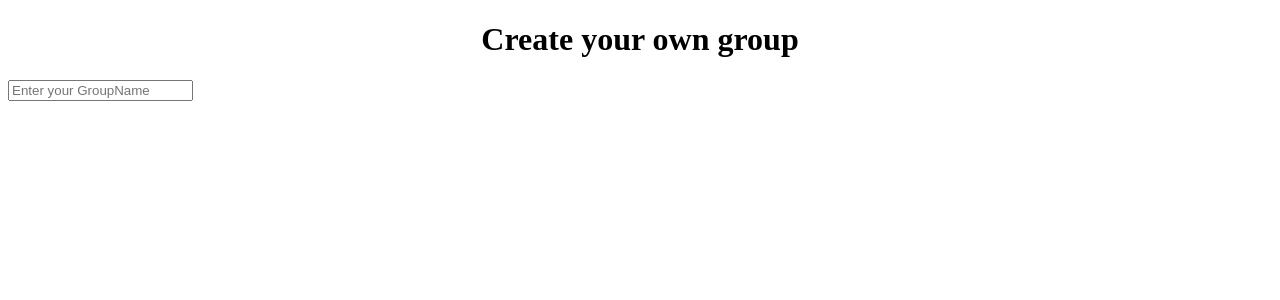
Repository: Abinayasivapraba/Finoculus
Page: LetzChat/WebContent/Group/CreateGroup.html
The author's editor kept a copy of each file at every save. The page is drawn from the files as they stood at one save, then again after the next save.
The browser window is 1280 px wide. The pictures show the whole page.

Above is the page before, as saved 2017-08-08 00:36:24.

After the next save:
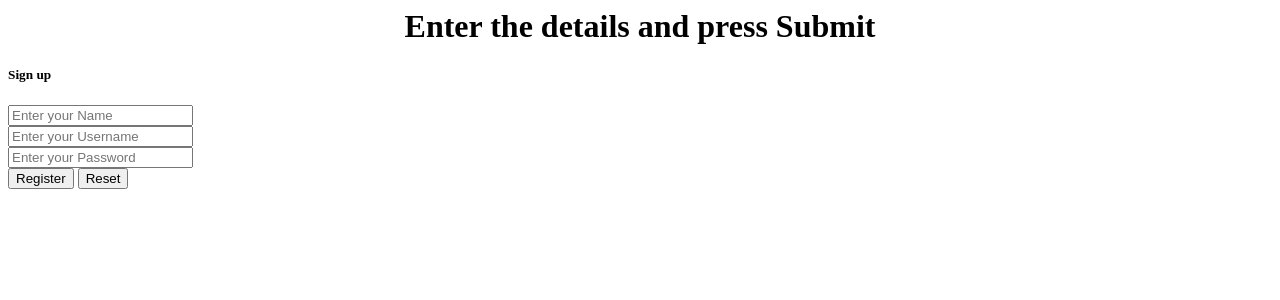
Saved 2 min 1 s later.
--- a/LetzChat/WebContent/Group/CreateGroup.html
+++ b/LetzChat/WebContent/Group/CreateGroup.html
@@ -1,38 +1,78 @@
-<!DOCTYPE html>
-<html>
-<head>
-<meta charset="ISO-8859-1">
-<title>ChatApp</title>
-</head>
-<body>
-<div ng-controller="GroupController as gtrl">
+
+<div ng-controller="UserController as ctrl">
 <div class="container">
 	<div class="row">
-<center><h1>Create your own group</h1></center>
+<center><h1>Enter the details and press Submit</h1></center>
 
    <div class="formcontainer">
 			<div class="row main">
 				<div class="main-login main-center">
+				<h5>Sign up </h5>
+					<form ng-submit="ctrl.submit()" name="myForm" class="form-horizontal">
 
-					<form ng-submit="gtrl.create()" name="myForm" class="form-horizontal" method="post">
-					  <div class="form-group">
+
+
+
+
+						<div class="form-group">
 
 							<div class="cols-sm-4">
 								<div class="input-group">
-
-									<input type="text" class="form-control" name="name" id="name" ng-model="gtrl.group.groupname"  placeholder="Enter your GroupName"/>
+									<span class="input-group-addon"><i class="fa fa-users fa" aria-hidden="true"></i></span>
+									<input type="text" class="form-control" name="name" id="name" ng-model="ctrl.user.username"  placeholder="Enter your Name"/>
 								</div>
 							</div>
-						</div>
-						</form>
-						</div>
-						</div>
-						</div>
-						</div>
-						</div>
 						</div>
 
 
 
-</body>
-</html>
+						<div class="form-group">
+
+							<div class="cols-sm-4">
+								<div class="input-group">
+									<span class="input-group-addon"><i class="fa fa-users fa" aria-hidden="true"></i></span>
+									<input type="text" class="form-control" name="id" id="id" ng-model="ctrl.user.userid"  placeholder="Enter your Username"/>
+								</div>
+							</div>
+						</div>
+
+						<div class="form-group">
+
+							<div class="cols-sm-4">
+								<div class="input-group">
+									<span class="input-group-addon"><i class="fa fa-lock fa-lg" aria-hidden="true"></i></span>
+									<input type="password" class="form-control" name="password" id="password" ng-model="ctrl.user.password"  placeholder="Enter your Password"/>
+								</div>
+							</div>
+						</div>
+
+
+
+						<!-- <div class="form-group">
+
+							<div class="cols-sm-4">
+								<div class="input-group">
+									<span class="input-group-addon"><i class="fa fa-lock fa-lg" aria-hidden="true"></i></span>
+									<input type="text" class="form-control" name="contact" id="contact" ng-model="ctrl.user.contact"  placeholder="Contact"/>
+								</div>
+							</div>
+						</div> -->
+
+
+
+
+
+						<input type="submit" class="btn btn-lg btn-success btn-success" value="Register">
+
+						<input type="reset" class="btn btn-lg btn-success btn-log" ng-click="ctrl.reset()" value="Reset">
+
+
+
+
+					</form>
+				</div>
+			</div>
+		</div>
+		</div>
+		</div>
+		</div>
